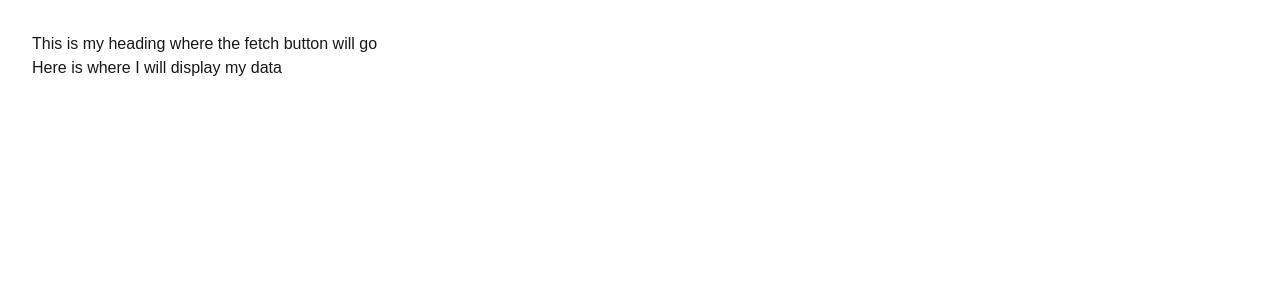
Repository: SamanthaYan298/MDIA-3126-Weds
Page: / (app in midterm-prep/)
The author's editor kept a copy of each file at every save. The page is drawn from the files as they stood at one save, then again after the next save.
The browser window is 1280 px wide. The pictures show the whole page.
The project was rebuilt for these pictures with package versions that can differ from the ones it lists, and the page was loaded fresh each time. The framework's server and built-in components were replaced by stand-ins that run in the browser. Also part of the build but not shown: midterm-prep/next.config.mjs.

Above is the page before, as saved 2024-10-30 12:18:13.

After the next save:
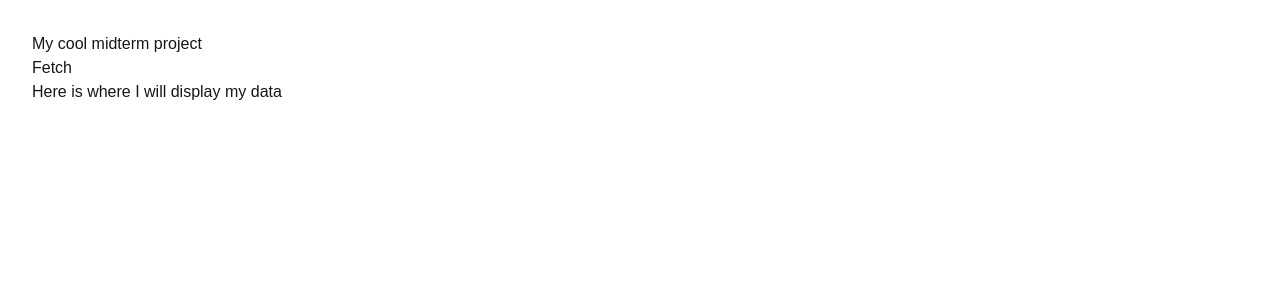
Saved 49 s later.
--- a/midterm-prep/src/app/page.js
+++ b/midterm-prep/src/app/page.js
@@ -13,7 +13,10 @@ export default function Home() {
 
   return (
     <div className="m-8">
-      <section>This is my heading where the fetch button will go</section>
+      <section>
+        <h1>My cool midterm project</h1>
+        <button>Fetch </button>
+      </section>
       <section>Here is where I will display my data</section>
     </div>
   );
